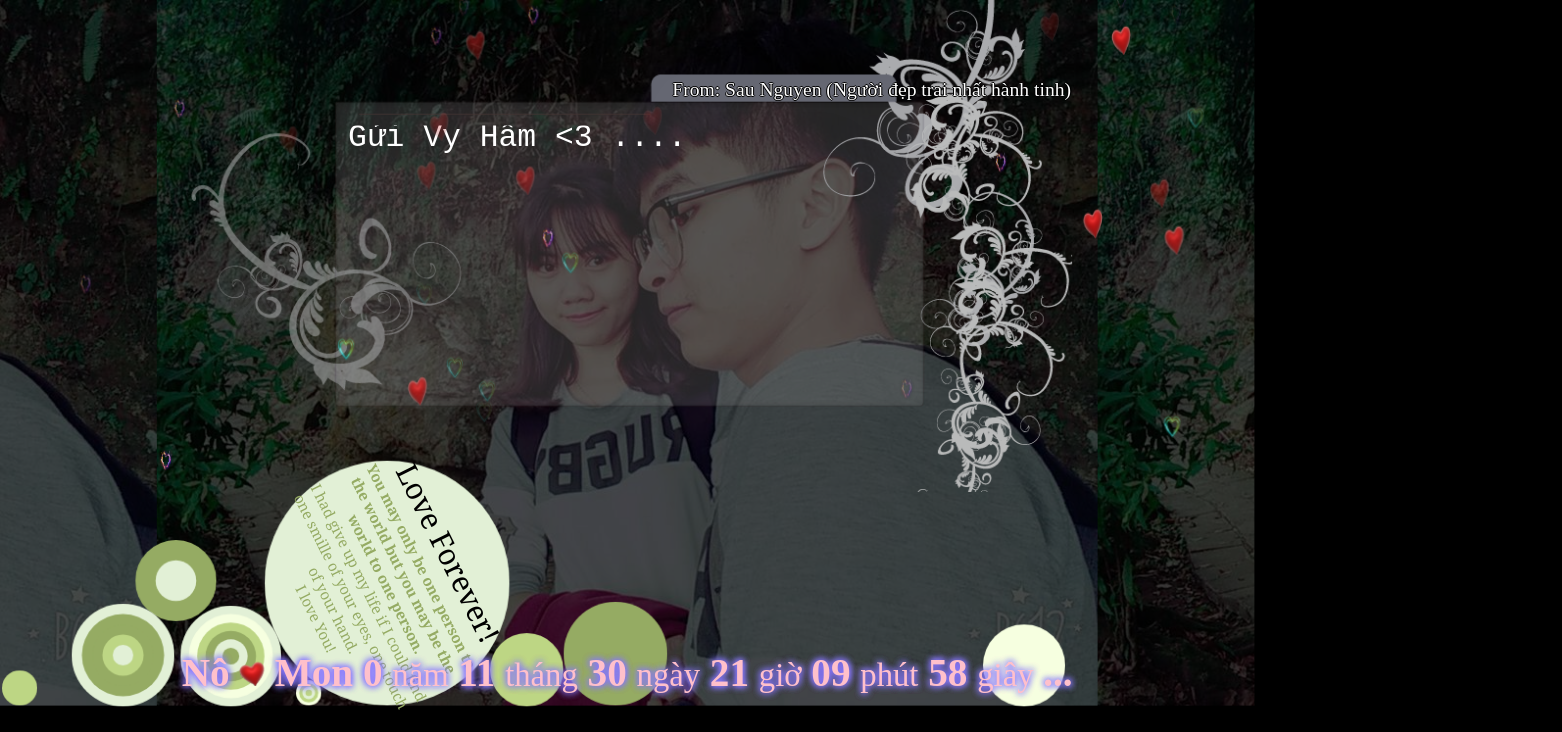
Repository: saunptit97/hpbdmon
Page: index.html
An editor plug-in stored every save of this project. The page is shown before and after the next save, followed by the edit.
The browser window is 1280 px wide. The page is 1594 px wide, so the pictures cover 1594 px, including what lies to the right of the window. The pictures show the whole page, at 98% of full size.

Above is the page before, as saved 2022-11-12 20:32:01.
Console error: TypeError: $(...).play is not a function

After the next save:
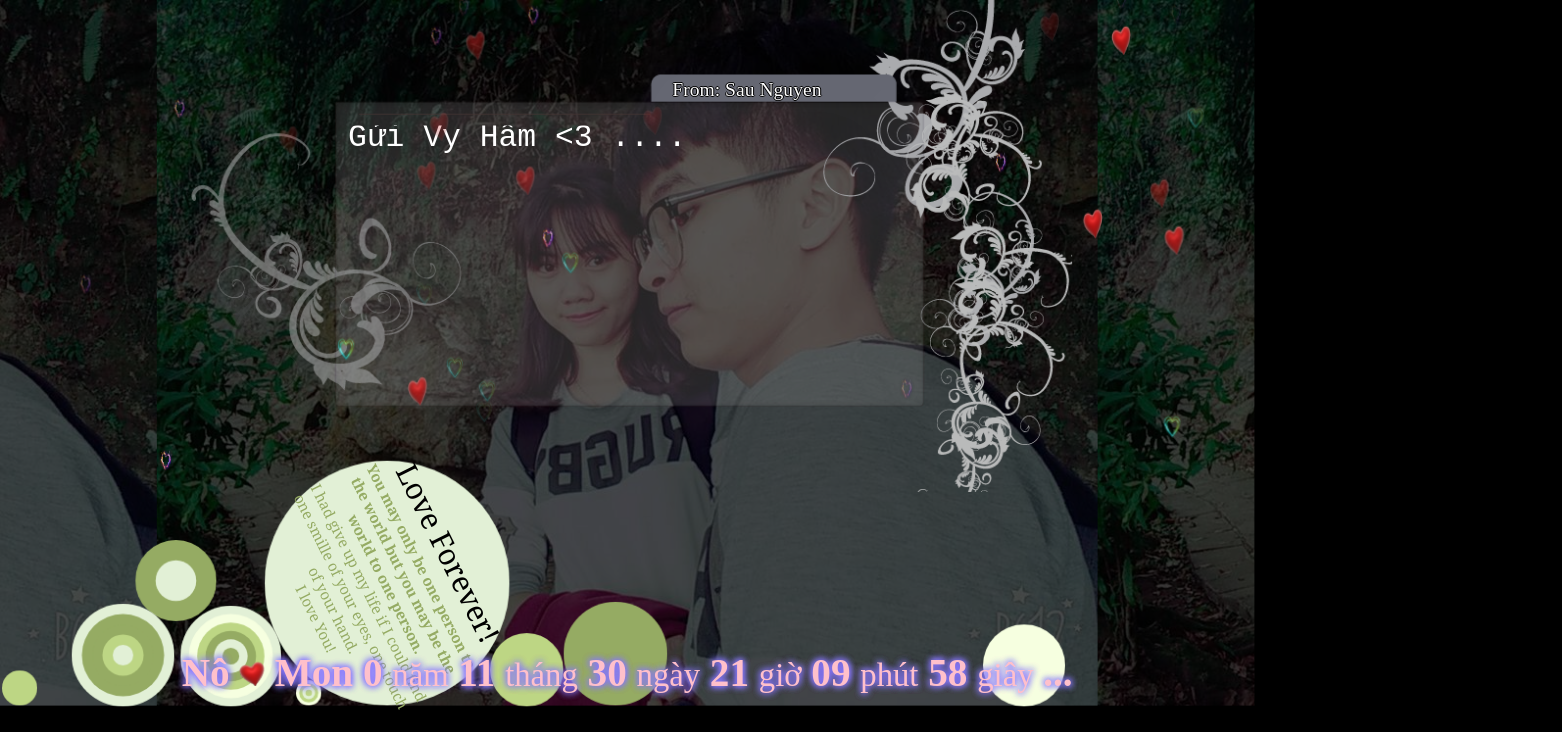
Saved 4 s later.
--- a/index.html
+++ b/index.html
@@ -106,7 +106,7 @@
     <div id="BgContent">
     	<audio id="audio" style="display:none;" src="Han.mp3" autoplay loop > </audio>
         <div id="copyright">
-            From: Sau Nguyen (Người đẹp trai nhất hành tinh)
+            From: Sau Nguyen
         </div>
         <div id="TextContent">
         </div>
